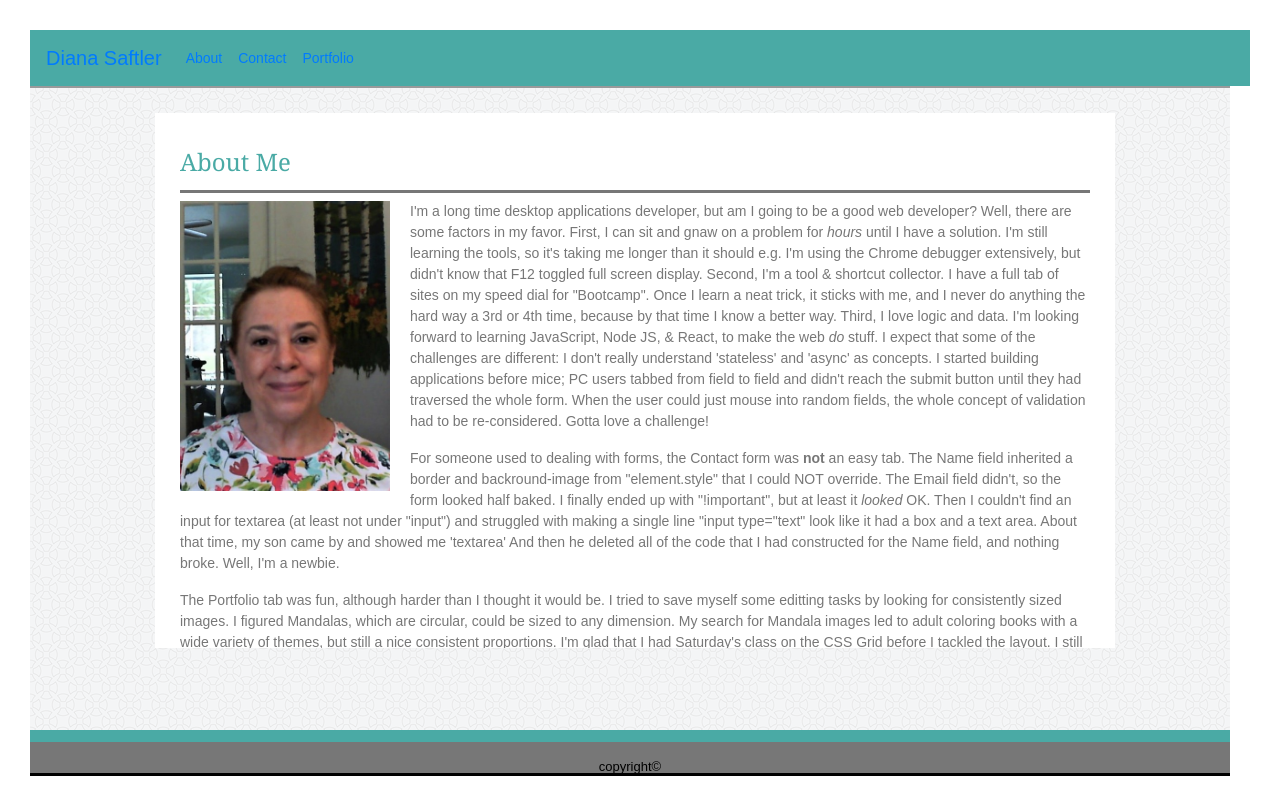
Repository: dsaftler/Bootstrap-Portfolio
Page: index.html
The author's editor kept a copy of each file at every save. The page is drawn from the files as they stood at one save, then again after the next save.
The browser window is 1280 px wide. The pictures show the whole page.
An inner scrolling area shows only its first screen.

Above is the page before, as saved 2019-03-20 17:35:50.

After the next save:
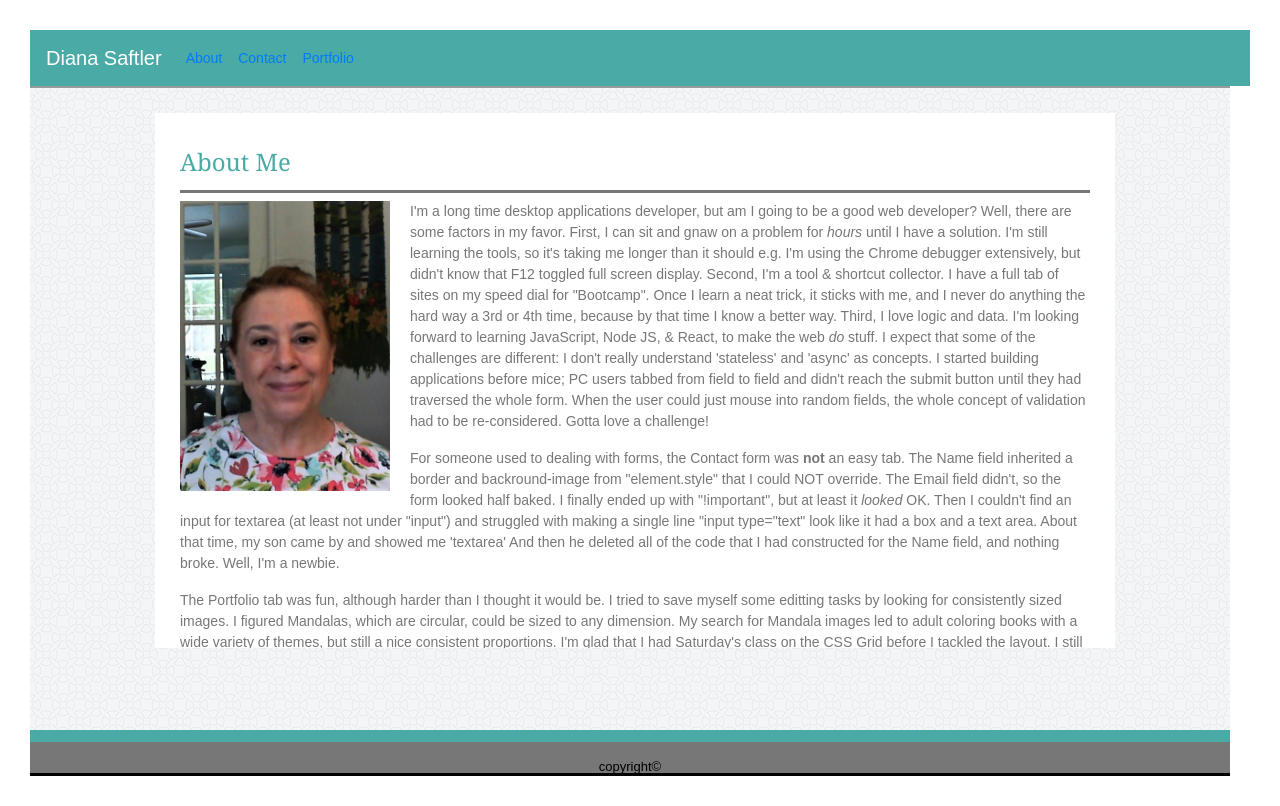
Saved 2 min 4 s later.
--- a/index.html
+++ b/index.html
@@ -10,8 +10,8 @@
 </head>
 <body>
 
-  <nav class="navbar navbar-expand-lg" style="background-color: #4aaaa5; color:rbga(255,255,255,.5)">
-    <a class="navbar-brand" href="#">Diana Saftler</a>
+  <nav class="navbar navbar-expand-lg" style="background-color: #4aaaa5;">
+    <a class="navbar-brand" style="color: white" href="#">Diana Saftler</a>
     <div class="collapse navbar-collapse" id="navbarNavAltMarkup">
       <div class="navbar-nav">
         <a class="nav-item nav-link"  href="index.html">About</a>
